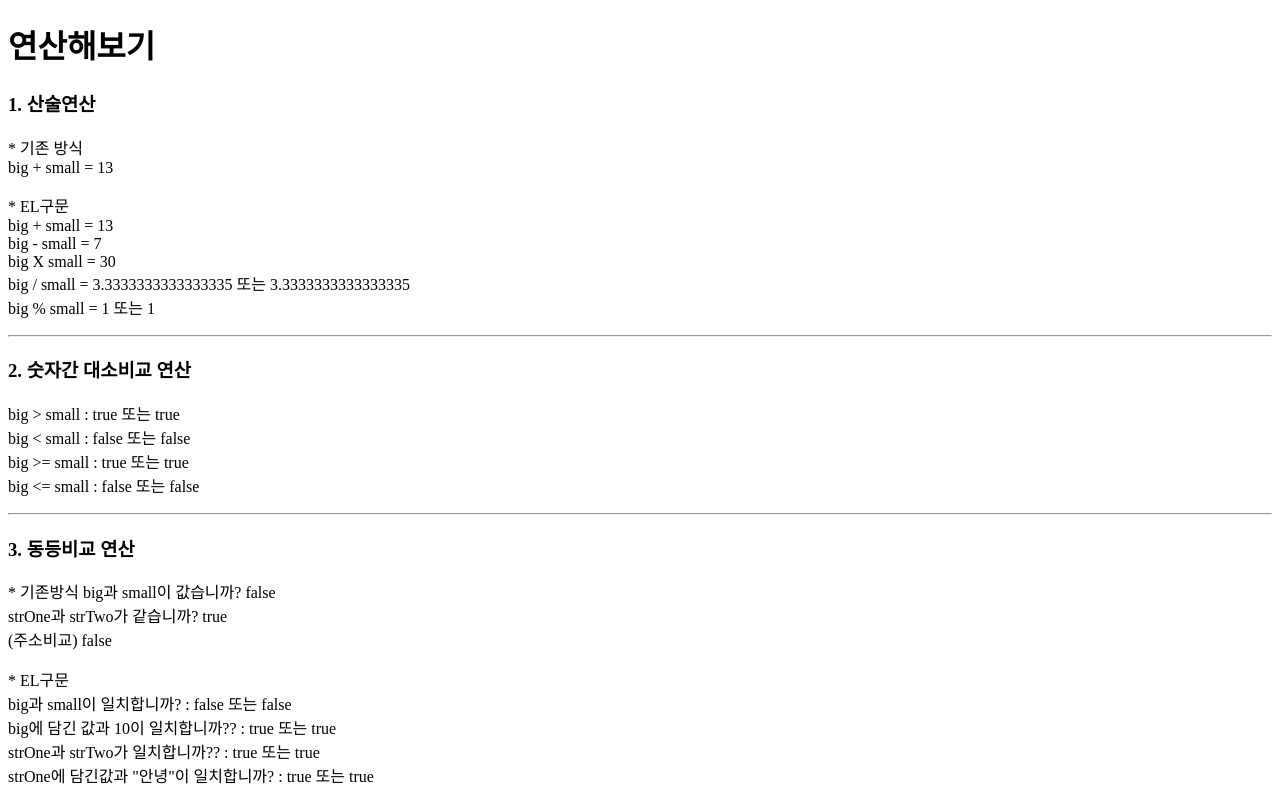
Repository: judeyong/myWebWorkSpace2
Page: http://localhost/Action_Project/operation.do
An editor plug-in stored every save of this project. The page is shown before and after the next save, followed by the edit.
The browser window is 1280 px wide. The pictures show the whole page.
The page is served by Tomcat 9.

Above is the page before, as saved 2024-04-03 02:34:58.

After the next save:
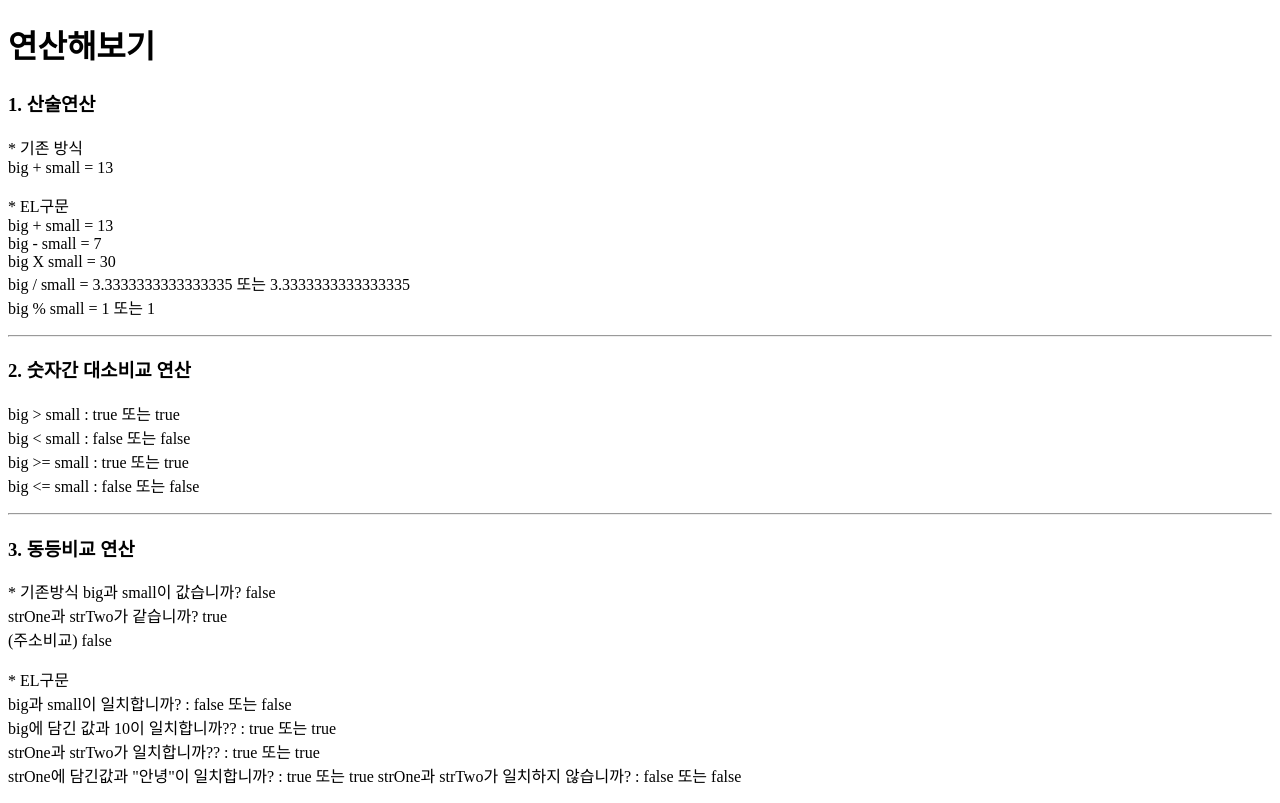
Saved 79 s later.
--- a/Action_Project/WebContent/views/02_elOperation.jsp
+++ b/Action_Project/WebContent/views/02_elOperation.jsp
@@ -58,6 +58,7 @@
 		<!-- EL에서의 문자열의 == 비교는 자바에서의 equals() 와 같은 동작을 함 -->
 		strOne에 담긴값과 "안녕"이 일치합니까? : ${ strOne == "안녕" } 또는 ${ strOne == '안녕' }
 		<!-- EL에서의 문자열 리터럴 비교 시 쌍따옴표 / 홑따옴표 둘다 사용 가능 -->
+		strOne과 strTwo가 일치하지 않습니까? : ${ strOne != strTwo } 또는 ${ strOne ne strTwo }
 
 
 	</p>
